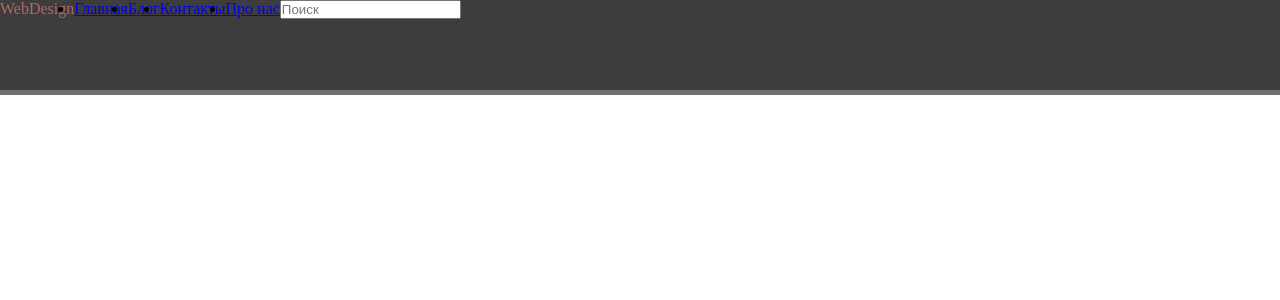
Repository: andbaik/Itprog
Page: index.htm
The author's editor kept a copy of each file at every save. The page is drawn from the files as they stood at one save, then again after a run of saves.
The browser window is 1280 px wide. The pictures show the whole page.

Above is the page before, as saved 2021-01-19 15:37:07.

### index.htm
<!DOCTYPE html>
<html lang="en">
<head>
    <meta charset="UTF-8">
    <meta name="viewport" content="width=device-width, initial-scale=1.0">
    <link rel="stylesheet" href="css/style.css">
    <title>Моя страница</title>
</head>
<body>
    <div class="header">
        <div class="logo">
            WebDesign
        </div>
        <div class="nav">
                <ul>
                    <li><a href="#">Главная</a></li>
                    <li><a href="#">Блог</a></li>
                    <li><a href="#">Контакты</a></li>
                    <li><a href="#">Про нас</a></li>
                </ul>
        </div>
        <div class="search">
            <form action="" method="POST" id="search" name="search">
                <input type="text" placeholder="Поиск">
            </form>
        </div>
    </div>
</body>
</html>

### css/style.css
* {
    margin: 0;
    padding: 0;
}

.header {
    vertical-align: center;
    display: flex;
    width: 100%;
    height: 90px;
    background-color: #3D3D3D;
    border-bottom: 5px solid #6F6F6F;

}
.logo{
    color: #B36767;
}
.header ul {
    display: flex;
}

After the next 3 saves:
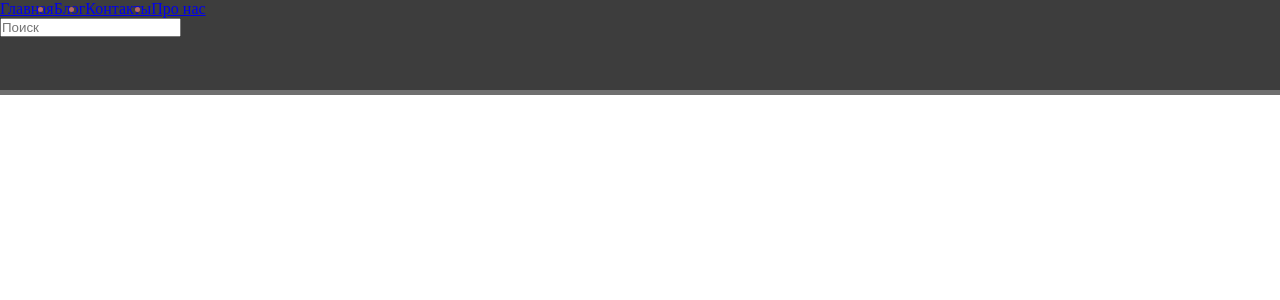
The 3 saves are shown as one change because they came seconds apart.
The last was saved 15 s later.
--- a/index.htm
+++ b/index.htm
@@ -9,7 +9,7 @@
 <body>
     <div class="header">
         <div class="logo">
-            WebDesign
+            <a   WebDesign
         </div>
         <div class="nav">
                 <ul>

After the 2 saves that followed:
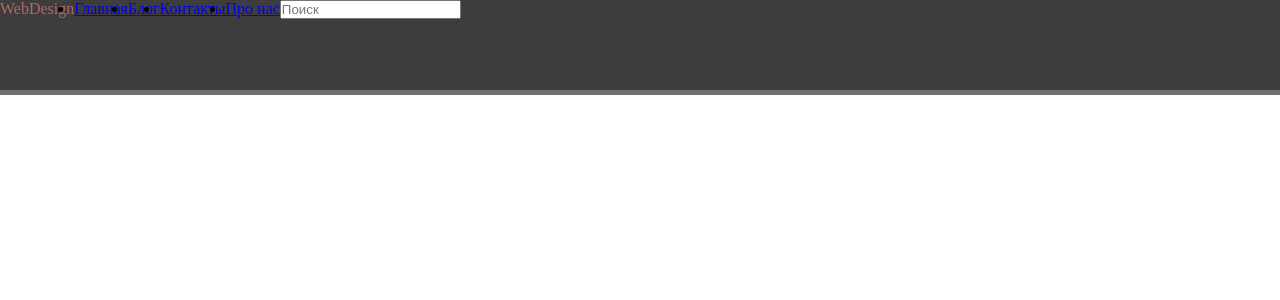
The 2 saves are shown as one change because they came seconds apart.
The last was saved 7 s later.
--- a/index.htm
+++ b/index.htm
@@ -9,7 +9,7 @@
 <body>
     <div class="header">
         <div class="logo">
-            <a   WebDesign
+            <a href=""></a>   WebDesign
         </div>
         <div class="nav">
                 <ul>
